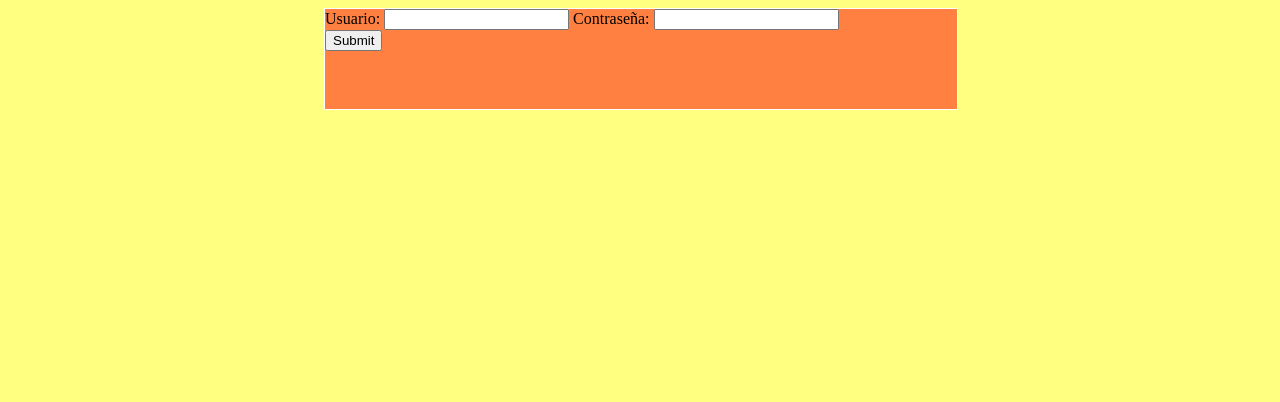
Repository: salvadorsobrino/Ejercicio5ServletJSP
Page: http://localhost/Ejercicio5/
An editor plug-in stored every save of this project. The page is shown before and after the next save, followed by the edit.
The browser window is 1280 px wide. The pictures show the whole page.
The page is served by Tomcat 9. Other server files are loaded and not shown.

Above is the page before, as saved 2022-03-11 09:31:33.

### Ejercicio5/src/main/webapp/index.html
<!DOCTYPE html>
<html>
<head>
<meta charset="UTF-8">
<link rel='stylesheet' type='text/css' media='screen' href='index.css'>
<title>Ejercicio5</title>
<link rel="icon" href="icono.png">
</head>
<body>
	<form id="formulario" action="Servlet" method="post">
	Usuario:
	<input type="text" name="usuario">
	Contraseña:
	<input type="password" name="contrasena">
	<br>
	<input type="submit">

	</form>
</body>
</html>

### Ejercicio5/src/main/webapp/index.css
/* Hoja de estilo index */
h1{
	 color: orange;
}
body{
	background-color: rgb(255, 255, 128);
    background-size: cover;
}
#formulario{
	background-color: rgb(255, 128, 64);
	border-style: solid;
	border-width: thin;
	border-color: white;
	width: 50%;
	height: 100px;
	margin-left: 25%;

}
a:link {
    /* Enlaces no visitados */
    color: rgb(255, 128, 64);
}

a:visited {
    /* Enlaces visitados */
    color: rgb(255, 128, 0);
}

a:hover, a:focus {
    color: rgb(153, 72, 6);
    /* El usuario esta sobre el enlace */
}

a:active {
    color: rgb(255, 94, 0);
    /* El usuario hace click en el enlace */
}

After the next save:
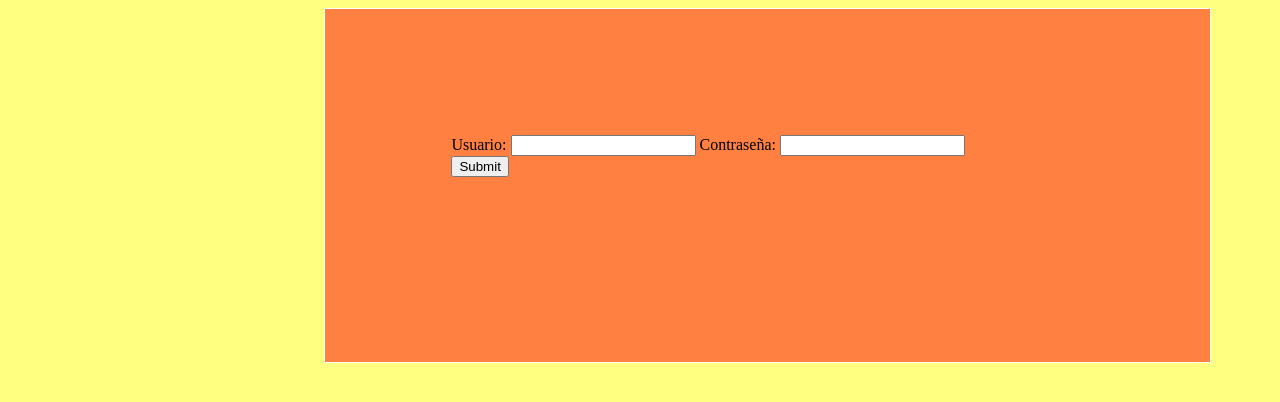
Saved 23 s later.
--- a/Ejercicio5/src/main/webapp/index.css
+++ b/Ejercicio5/src/main/webapp/index.css
@@ -14,6 +14,7 @@ body{
 	width: 50%;
 	height: 100px;
 	margin-left: 25%;
+	padding: 10%;
 
 }
 a:link {
